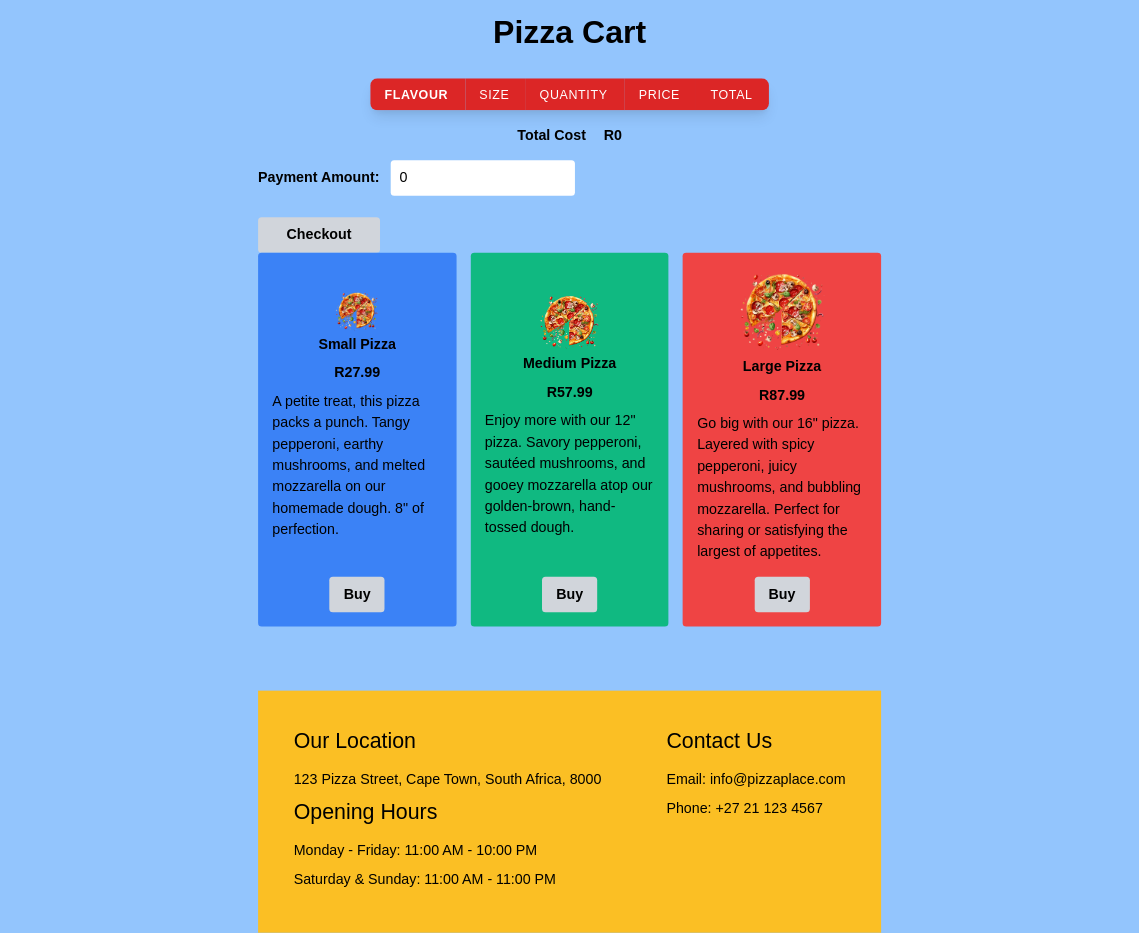
Repository: lasity34/pizza-cart-with-api
Page: index.html
An editor plug-in stored every save of this project. The page is shown before and after the next save, followed by the edit.
The browser window is 1280 px wide. The pictures show the whole page, at 89% of full size.
The page's requests for data from a server got no answer. Some web fonts or font styles are not loaded; a fallback is used. Some web libraries are served in a nearby version.

Above is the page before, as saved 2023-07-14 09:54:32.
Console error (its wording comes from the project's code and is left out).

### index.html
<!DOCTYPE html>
<html lang="en">
  <head>
    <meta charset="UTF-8" />
    <meta name="viewport" content="width=device-width, initial-scale=1.0" />
    <title>Pizza Cart</title>
    <script src="//unpkg.com/alpinejs" defer></script>
    <link
      href="https://cdn.jsdelivr.net/npm/tailwindcss@2.1.2/dist/tailwind.min.css"
      rel="stylesheet"
    />
    <script
      src="https://cdnjs.cloudflare.com/ajax/libs/axios/1.4.0/axios.min.js"
      integrity="sha512-uMtXmF28A2Ab/JJO2t/vYhlaa/3ahUOgj1Zf27M5rOo8/+fcTUVH0/E0ll68njmjrLqOBjXM3V9NiPFL5ywWPQ=="
      crossorigin="anonymous"
      referrerpolicy="no-referrer"
    ></script>
    <link href="./style.css" rel="stylesheet" />
    <link rel="preconnect" href="https://fonts.googleapis.com" />
    <link rel="preconnect" href="https://fonts.gstatic.com" crossorigin />
    <link
      href="https://fonts.googleapis.com/css2?family=Titillium+Web:ital@0;1&family=Tsukimi+Rounded:wght@300;400;500&display=swap"
      rel="stylesheet"
    />
  </head>
  <body x-data="pizzaCart" class="bg-blue-300" x-cloak>
    <section class="flex justify-center items-center">
      <h1 class="text-4xl pt-4 font-bold">Pizza Cart</h1>
    </section>

    <section class="mt-8">
      <table class="table-auto w-full rounded-lg overflow-hidden shadow-lg max-w-sm md:max-w-md mx-auto">
          <thead class="bg-red-600">
              <tr>
                  <th class="px-2 sm:px-4 py-1 sm:py-2 text-left text-xs sm:text-sm font-bold font-medium text-white uppercase tracking-wider">Flavour</th>
                  <th class="px-2 sm:px-4 py-1 sm:py-2 text-left text-xs sm:text-sm font-medium text-white uppercase tracking-wider">Size</th>
                  <th class="px-2 sm:px-4 py-1 sm:py-2 text-left text-xs sm:text-sm font-medium text-white uppercase tracking-wider">Quantity</th>
                  <th class="px-2 sm:px-4 py-1 sm:py-2 text-left text-xs sm:text-sm font-medium text-white uppercase tracking-wider">Price</th>
                  <th class="px-2 sm:px-4 py-1 sm:py-2 text-left text-xs sm:text-sm font-medium text-white uppercase tracking-wider">Total</th>
              </tr>
          </thead>
          <tbody class="bg-yellow-100 divide-y divide-gray-200 overflow-auto max-h-64">
              <template x-for="pizza in cartPizzas">
                  <tr>
                      <td class="px-2 sm:px-4 py-1 sm:py-2 whitespace-nowrap font-bold text-xs sm:text-sm text-gray-500" x-text="pizza.flavour"></td>
                      <td class="px-2 sm:px-4 py-1 sm:py-2 whitespace-nowrap font-bold text-xs sm:text-sm text-gray-500" x-text="pizza.size"></td>
                      <td class="px-2 sm:px-4 py-1 sm:py-2 whitespace-nowrap font-bold text-xs sm:text-sm text-gray-500">
                          <div class="flex items-center justify-center">
                              <button
                                  @click="addPizzaToCart(pizza.id)"
                                  class="bg-gray-200 hover:bg-gray-300 text-gray-800 font-bold py-1 sm:py-2 px-2 sm:px-4 rounded-l"
                              >
                                  +
                              </button>
                              <div x-text="pizza.qty" class="mx-3"></div>
                              <button
                                  @click="removePizza(pizza.id)"
                                  class="bg-gray-200 hover:bg-gray-300 text-gray-800 font-bold py-1 sm:py-2 px-2 sm:px-4 rounded-r"
                              >
                                  -
                              </button>
                          </div>
                      </td>
                      <td class="px-2 sm:px-4 py-1 sm:py-2 whitespace-nowrap font-bold text-xs sm:text-sm text-gray-500">
                          R<span x-text="pizza.price"></span>
                      </td>
                      <td class="px-2 sm:px-4 py-1 sm:py-2 whitespace-nowrap font-bold text-xs sm:text-sm text-gray-500">
                          R<span x-text="(pizza.qty * pizza.price).toFixed(2)"></span>
                      </td>
                  </tr>
              </template>
          </tbody>
      </table>
  </section>



        </div>
        <div class="flex justify-center mt-4">
          <p class="font-bold">Total Cost</p>
          <p class="ml-5 font-bold">
            R<span x-text="cartTotal">0.00</span>
          </p>
        </div>
        <div class="mt-4">
          <span x-html="payMessage"></span>
        </div>

        <div class="mt-4" x-show="total() !== 0" x-cloak>
          <label class="font-bold">Payment Amount:</label>
          <input
            placeholder="Enter payment here"
            type="number"
            step="0.01"
            class="rounded ml-2 py-2"
            x-model="paymentAmount"
          />
        </div>
        <div class="mt-6">
          <button
            x-cloak
            @click="paymentTotal()"
            class="bg-gray-300 hover:bg-gray-400 py-2 px-8 rounded font-bold"
          >
            <span x-text="total() === 0 ? 'Pay' : 'Checkout'"></span>
          </button>
        </div>
      </div>
    </section>

    <section class="pizza_columns">
      <div
        class="flex flex-col gap-4 mx-auto items-center lg:items-stretch lg:flex-row justify-center"
      >
        <div
          class="flex bg-blue-500 rounded p-4 w-4/5 lg:w-4/5 flex-grow flex-shrink flex flex-col justify-between text-black items-center"
        >
          <div class="flex-grow flex flex-col items-center justify-center">
            <img src="./pizza.png" width="50" />
            <h3 class="mb-2 font-bold">Small Pizza</h3>
            <h3 class="mb-2 font-bold">R27.99</h3>
            <p class="mb-4">
              A petite treat, this pizza packs a punch. Tangy pepperoni, earthy
              mushrooms, and melted mozzarella on our homemade dough. 8" of
              perfection.
            </p>
          </div>
          <button
            @click="buy('small')"
            :disabled="smallAdded"
            class="bg-gray-300 hover:bg-gray-400 transition-colors duration-300 py-2 px-4 rounded font-bold"
          >
            Buy
          </button>
        </div>
        <div
          class="pizza_md bg-green-500 rounded p-4 w-4/5 lg:w-4/5 flex-grow flex-shrink flex flex-col justify-between text-black items-center"
        >
          <div class="flex-grow flex flex-col items-center justify-center">
            <img src="./pizza.png" width="70" />
            <h3 class="mb-2 font-bold">Medium Pizza</h3>
            <h3 class="mb-2 font-bold">R57.99</h3>
            <p class="mb-4">
              Enjoy more with our 12" pizza. Savory pepperoni, sautéed
              mushrooms, and gooey mozzarella atop our golden-brown, hand-tossed
              dough.
            </p>
          </div>
          <button
            @click="buy('medium')"
            :disabled="mediumAdded"
            class="bg-gray-300 hover:bg-gray-400 transition-colors duration-300 py-2 px-4 rounded font-bold"
          >
            Buy
          </button>
        </div>
        <div
          class="pizza_lg bg-red-500 rounded p-4 w-4/5 lg:w-4/5 flex-grow flex-shrink flex flex-col justify-between text-black items-center"
        >
          <div class="flex-grow flex flex-col items-center justify-center">
            <img src="./pizza.png" width="100" />
            <h3 class="mb-2 font-bold">Large Pizza</h3>
            <h3 class="mb-2 font-bold">R87.99</h3>
            <p class="mb-4">
              Go big with our 16" pizza. Layered with spicy pepperoni, juicy
              mushrooms, and bubbling mozzarella. Perfect for sharing or
              satisfying the largest of appetites.
            </p>
          </div>
          <button
            @click="buy('large')"
            :disabled="largeAdded"
            class="bg-gray-300 hover:bg-gray-400 transition-colors duration-300 py-2 px-4 rounded font-bold"
          >
            Buy
          </button>
        </div>
      </div>
    </section>
    <!-- all pizzas display -->
    <section class="mt-8">
        <div class="flex flex-col items-center">
            <template x-for="pizza in pizzas">
                <div class="flex items-center border-b border-gray-200 bg-yellow-200 shadow-lg rounded-lg px-4 py-4 my-3 w-full max-w-xl">
                    <div class="w-24 h-24 flex-shrink-0">
                        <img src="./pizza.png" class="w-full h-full object-cover rounded-lg" />
                    </div>
                    <div class="ml-4 flex-grow flex justify-between w-3/4 items-center">
                        <h5 class="ml-2 text-lg font-bold text-black" x-text="pizza.flavour"></h5>
                        <p class="text-lg text-black mt-5 mb-4 mr-6 font-bold">R<span x-text="pizza.price"></span></p>
                    </div>
                    <div>
                        <button @click="addPizzaToCart(pizza.id)" class="bg-gray-600 hover:bg-gray-700 text-white font-bold py-2 px-4 rounded">Buy</button>
                    </div>
                </div>
            </template>
        </div>
    </section>



    <footer class="bg-yellow-400 text-black mt-10 p-10">
      <div class="container mx-auto flex justify-between">
        <div>
          <h2 class="text-2xl mb-4">Our Location</h2>
          <p class="mb-2">123 Pizza Street, Cape Town, South Africa, 8000</p>

          <h2 class="text-2xl mb-4">Opening Hours</h2>
          <p class="mb-2">Monday - Friday: 11:00 AM - 10:00 PM</p>
          <p class="mb-2">Saturday & Sunday: 11:00 AM - 11:00 PM</p>
        </div>
        <div>
          <h2 class="text-2xl mb-4">Contact Us</h2>
          <p class="mb-2">Email: info@pizzaplace.com</p>
          <p class="mb-2">Phone: +27 21 123 4567</p>
        </div>
      </div>
    </footer>

    <div
      x-show="show"
      x-transition:enter="transition ease-out duration-300"
      x-transition:enter-start="opacity-0 transform scale-90"
      x-transition:enter-end="opacity-100 transform scale-100"
      x-transition:leave="transition ease-in duration-300"
      x-transition:leave-start="opacity-100 transform scale-100"
      x-transition:leave-end="opacity-0 transform scale-90"
      class="fixed inset-0 flex items-center justify-center z-50"
    >
      <div class="bg-green-800 text-white rounded p-5 shadow-lg">
        <p x-text="message"></p>
      </div>
    </div>

    <script src="./pizza.js"></script>
  </body>
</html>

### style.css

body {
    max-width: 700px;
    margin: 0 auto;

font-family: 'Tsukimi Rounded', sans-serif;
}

.shop-container {
    background-color: rgb(205, 190, 50);
    max-width: 95%;
    margin: 1em auto;
}

input::-webkit-outer-spin-button,
input::-webkit-inner-spin-button {
  -webkit-appearance: none;
  margin: 0;
}

input[type="number"] {
  -moz-appearance: textfield;
 text-indent: 10px;
}

[x-cloak] { display: none; }

### pizza.js
function pizzaCart() {
  return {
    quantity: 0,
    paymentAmount: 0,
    message: "",
    payMessage: "",
    smallAdded: false,
    mediumAdded: false,
    largeAdded: false,
    show: false,
    prices: {
      small: 27.99,
      medium: 57.99,
      large: 87.99,
    },
    lastMessageAdded: "",

    pizzas: [],
    username: "bjorn",
    cartId: "jI0VaxiP9k",
    cartPizzas: [],
    cartTotal: 0.0,
    increment(size) {
      if (size === "small" && this.smallAdded) {
        this.smallAmount++;
      } else if (size === "medium" && this.mediumAdded) {
        this.mediumAmount++;
      } else if (size === "large" && this.largeAdded) {
        this.largeAmount++;
      }
    },
    buy(size) {
      if (size === "small") {
        this.smallAdded = true;
        this.smallAmount++; // increment the small pizza count
        this.message = "Small Pizza has been added";
      } else if (size === "medium") {
        this.mediumAdded = true;
        this.mediumAmount++; // increment the medium pizza count
        this.message = "Medium Pizza has been added";
      } else if (size === "large") {
        this.largeAdded = true;
        this.largeAmount++; // increment the large pizza count
        this.message = "Large Pizza has been added";
      }
      this.toggleModal();
    },
    decrement(size) {
      if (size === "small" && this.smallAmount > 0 && this.smallAdded) {
        this.smallAmount--;
        if (this.smallAmount === 0) this.smallAdded = false;
      }
      if (size === "medium" && this.mediumAmount > 0 && this.mediumAdded) {
        this.mediumAmount--;
        if (this.mediumAmount === 0) this.mediumAdded = false;
      }
      if (size === "large" && this.largeAmount > 0 && this.largeAdded) {
        this.largeAmount--;
        if (this.largeAmount === 0) this.largeAdded = false;
      }
    },
    total() {
      return (
        this.smallAmount * this.prices.small +
        this.mediumAmount * this.prices.medium +
        this.largeAmount * this.prices.large
      );
    },
    paymentTotal() {
      if (this.paymentAmount < this.total()) {
        this.payMessage = `<p class='flex bg-red-600 text-white py-2 px-4 font-bold text-lg my-3 py-1'>R${(
          this.total() - this.paymentAmount
        ).toFixed(2)} is needed</p>`;
        setTimeout(() => {
          this.payMessage = "";
        }, 2000);
      } else if (this.paymentAmount > this.total()) {
        this.payMessage = `<p class='flex bg-red-600 text-white py-2 px-4 font-bold text-lg my-3 py-1'>There is R${(
          this.paymentAmount - this.total()
        ).toFixed(2)} too much</p>`;
        setTimeout(() => {
          this.payMessage = "";
        }, 2000);
      } else if (this.paymentAmount == this.total() && this.total() !== 0) {
        this.payMessage =
          "<p class='flex bg-green-600 text-white py-2 px-4 font-bold text-lg my-3 py-1'>Enjoy your pizzas<p>";
        this.reset();
        setTimeout(() => {
          this.payMessage = "";
        }, 2000);
      }
    },
    toggleModal() {
      this.show = !this.show;
      if (this.show) {
        setTimeout(() => {
          this.show = false;
        }, 2000); // Close after 2 seconds
      }
    },
    reset() {
      this.smallAmount = 0;
      this.mediumAmount = 0;
      this.largeAmount = 0;
      this.paymentAmount = 0;
      this.message = "";

      this.smallAdded = false;
      this.mediumAdded = false;
      this.largeAdded = false;
      this.show = false;
    },


    // API

    getCart() {
      const getCartURL = `https://pizza-api.projectcodex.net/api/pizza-cart/${this.cartId}/get`;

      return axios.get(getCartURL);
    },
    addPizza(pizzaId) {
      return axios.post(
        "https://pizza-api.projectcodex.net/api/pizza-cart/add",
        {
          cart_code: this.cartId,
          pizza_id: pizzaId,

        }
      );
    },
    removePizza(pizzaId) {
      return axios.post(
        "https://pizza-api.projectcodex.net/api/pizza-cart/remove",
        {
          cart_code: this.cartId,
          pizza_id: pizzaId,

        }
      );
    },
    showCartData() {
      this.getCart().then((result) => {
        const cartData = result.data;
        this.cartPizzas = cartData.pizzas;
        this.cartTotal = cartData.total;
      });
    },
    init() {
      axios
        .get("https://pizza-api.projectcodex.net/api/pizzas")
        .then((result) => {
          this.pizzas = result.data.pizzas;
        });

      this.showCartData();
    },
    addPizzaToCart(pizzaId) {
      this.addPizza(pizzaId).then(() => {
        this.showCartData();
      });
    },
    removePizzaFromCart() {
      this.removePizza(pizzaId).then(() => {
        this.showCartData();
      })
    },
  };
}

document.addEventListener("alpine:init", () => {
  Alpine.data("pizzaCart", pizzaCart);
});

After the next save:
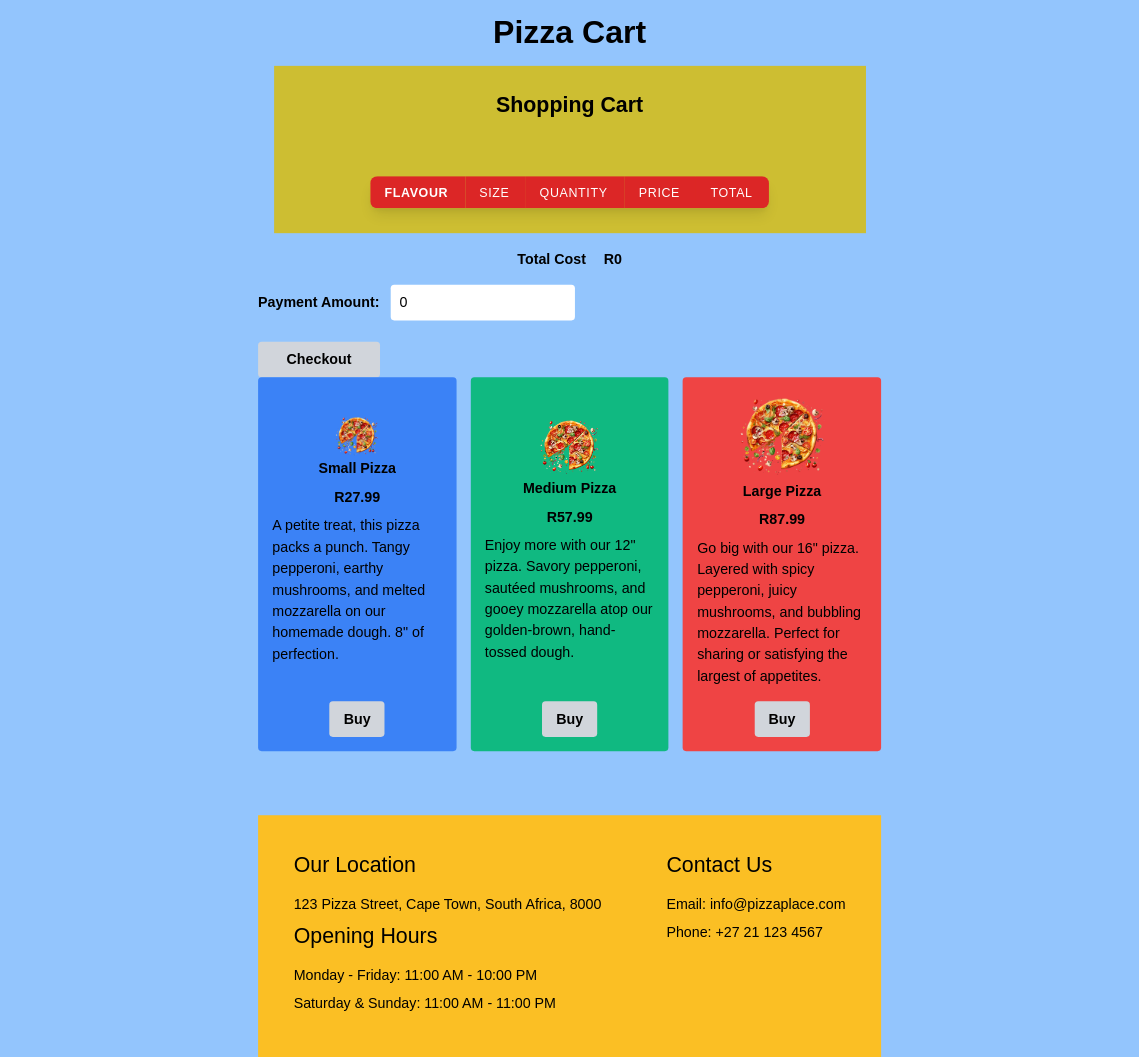
Saved 2 min 28 s later.
--- a/index.html
+++ b/index.html
@@ -28,50 +28,58 @@
       <h1 class="text-4xl pt-4 font-bold">Pizza Cart</h1>
     </section>
 
-    <section class="mt-8">
-      <table class="table-auto w-full rounded-lg overflow-hidden shadow-lg max-w-sm md:max-w-md mx-auto">
-          <thead class="bg-red-600">
-              <tr>
+    <section class="shop-container my-5 p-5 sm:p-7 flex flex-col text-xs sm:text-base md:text-lg lg:text-lg justify-center items-center">
+      <h2 class="text-2xl mb-2 font-bold">Shopping Cart</h2>
+      <div class="mt-6 flex flex-col items-center w-full overflow-x-auto sm:overflow-visible">
+        <div class="w-full sm:max-w-md">
+          <section class="mt-8">
+            <table class="table-auto w-full rounded-lg overflow-hidden shadow-lg mx-auto">
+              <thead class="bg-red-600">
+                <tr>
                   <th class="px-2 sm:px-4 py-1 sm:py-2 text-left text-xs sm:text-sm font-bold font-medium text-white uppercase tracking-wider">Flavour</th>
                   <th class="px-2 sm:px-4 py-1 sm:py-2 text-left text-xs sm:text-sm font-medium text-white uppercase tracking-wider">Size</th>
                   <th class="px-2 sm:px-4 py-1 sm:py-2 text-left text-xs sm:text-sm font-medium text-white uppercase tracking-wider">Quantity</th>
                   <th class="px-2 sm:px-4 py-1 sm:py-2 text-left text-xs sm:text-sm font-medium text-white uppercase tracking-wider">Price</th>
                   <th class="px-2 sm:px-4 py-1 sm:py-2 text-left text-xs sm:text-sm font-medium text-white uppercase tracking-wider">Total</th>
-              </tr>
-          </thead>
-          <tbody class="bg-yellow-100 divide-y divide-gray-200 overflow-auto max-h-64">
-              <template x-for="pizza in cartPizzas">
+                </tr>
+              </thead>
+              <tbody class="bg-yellow-100 divide-y divide-gray-200 overflow-auto max-h-64">
+                <template x-for="pizza in cartPizzas">
                   <tr>
-                      <td class="px-2 sm:px-4 py-1 sm:py-2 whitespace-nowrap font-bold text-xs sm:text-sm text-gray-500" x-text="pizza.flavour"></td>
-                      <td class="px-2 sm:px-4 py-1 sm:py-2 whitespace-nowrap font-bold text-xs sm:text-sm text-gray-500" x-text="pizza.size"></td>
-                      <td class="px-2 sm:px-4 py-1 sm:py-2 whitespace-nowrap font-bold text-xs sm:text-sm text-gray-500">
-                          <div class="flex items-center justify-center">
-                              <button
-                                  @click="addPizzaToCart(pizza.id)"
-                                  class="bg-gray-200 hover:bg-gray-300 text-gray-800 font-bold py-1 sm:py-2 px-2 sm:px-4 rounded-l"
-                              >
-                                  +
-                              </button>
-                              <div x-text="pizza.qty" class="mx-3"></div>
-                              <button
-                                  @click="removePizza(pizza.id)"
-                                  class="bg-gray-200 hover:bg-gray-300 text-gray-800 font-bold py-1 sm:py-2 px-2 sm:px-4 rounded-r"
-                              >
-                                  -
-                              </button>
-                          </div>
-                      </td>
-                      <td class="px-2 sm:px-4 py-1 sm:py-2 whitespace-nowrap font-bold text-xs sm:text-sm text-gray-500">
-                          R<span x-text="pizza.price"></span>
-                      </td>
-                      <td class="px-2 sm:px-4 py-1 sm:py-2 whitespace-nowrap font-bold text-xs sm:text-sm text-gray-500">
-                          R<span x-text="(pizza.qty * pizza.price).toFixed(2)"></span>
-                      </td>
+                    <td class="px-2 sm:px-4 py-1 sm:py-2 whitespace-nowrap font-bold text-xs sm:text-sm text-gray-500" x-text="pizza.flavour"></td>
+                    <td class="px-2 sm:px-4 py-1 sm:py-2 whitespace-nowrap font-bold text-xs sm:text-sm text-gray-500" x-text="pizza.size"></td>
+                    <td class="px-2 sm:px-4 py-1 sm:py-2 whitespace-nowrap font-bold text-xs sm:text-sm text-gray-500">
+                      <div class="flex items-center justify-center">
+                        <button
+                          @click="addPizzaToCart(pizza.id)"
+                          class="bg-gray-200 hover:bg-gray-300 text-gray-800 font-bold py-1 sm:py-2 px-2 sm:px-4 rounded-l"
+                        >
+                          +
+                        </button>
+                        <div x-text="pizza.qty" class="mx-3"></div>
+                        <button
+                          @click="removePizza(pizza.id)"
+                          class="bg-gray-200 hover:bg-gray-300 text-gray-800 font-bold py-1 sm:py-2 px-2 sm:px-4 rounded-r"
+                        >
+                          -
+                        </button>
+                      </div>
+                    </td>
+                    <td class="px-2 sm:px-4 py-1 sm:py-2 whitespace-nowrap font-bold text-xs sm:text-sm text-gray-500">
+                      R<span x-text="pizza.price"></span>
+                    </td>
+                    <td class="px-2 sm:px-4 py-1 sm:py-2 whitespace-nowrap font-bold text-xs sm:text-sm text-gray-500">
+                      R<span x-text="(pizza.qty * pizza.price).toFixed(2)"></span>
+                    </td>
                   </tr>
-              </template>
-          </tbody>
-      </table>
-  </section>
+                </template>
+              </tbody>
+            </table>
+          </section>
+        </div>
+      </div>
+    </section>
+
 
 
 
